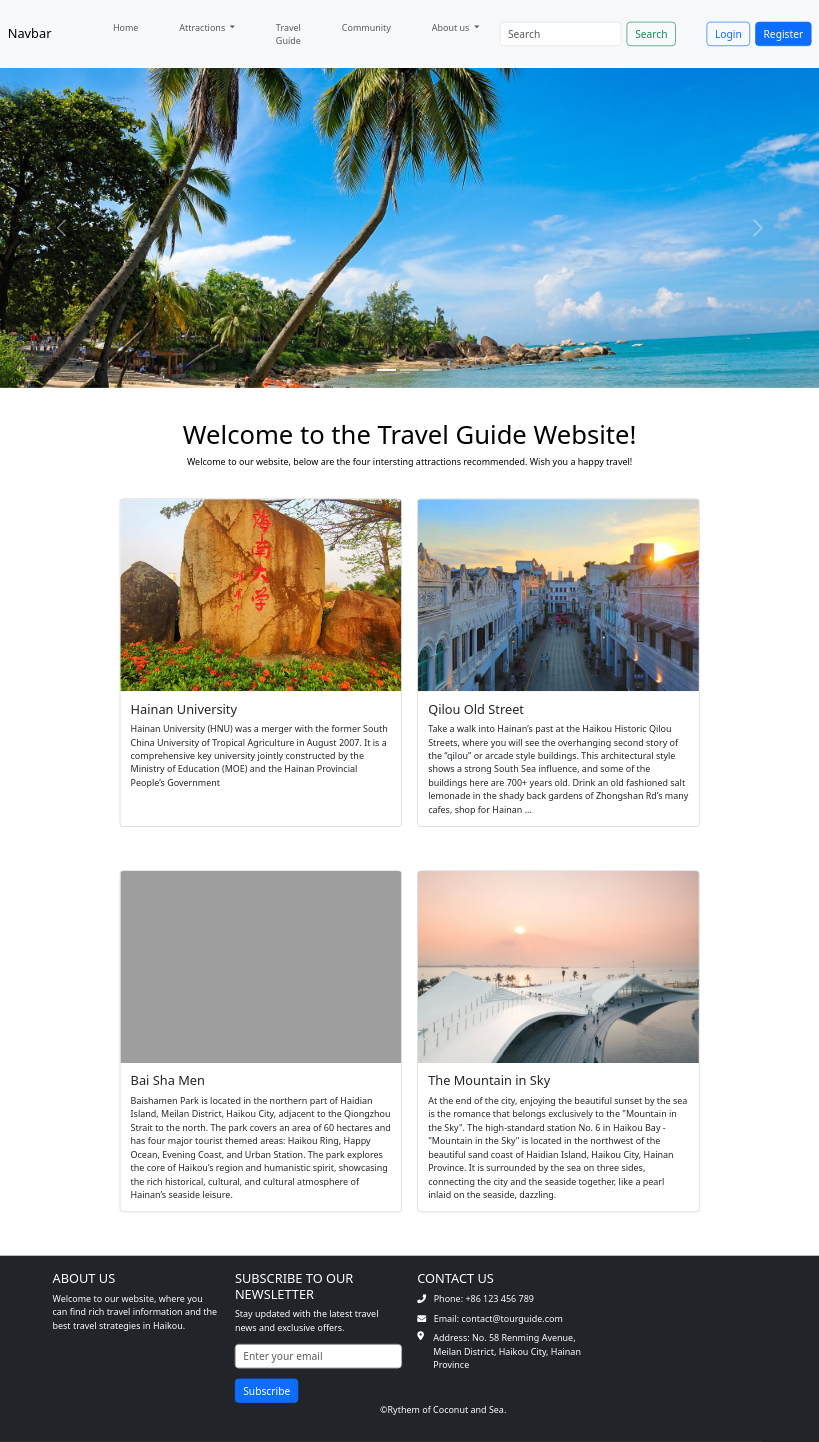
Repository: NIIT-RG6/web-project
Page: /
These files come from the project's save history. The page is drawn as it stood at one moment and after the next save; the edit follows.
The browser window is 1280 px wide. The pictures show the whole page, at 64% of full size.
Pictures or frames that could not be fetched are drawn as grey boxes. The project was rebuilt for these pictures with package versions that can differ from the ones it lists, and the page was loaded fresh each time. Also part of the build but not shown: vue.config.js, src/views/College.vue, src/views/Foods.vue, src/views/Park.vue, src/views/Sky.vue, src/views/Street.vue, src/views/StrategyHome.vue, src/views/StrategyBlog.vue and 6 more. Imported but missing from the stored project, and not drawn on this page: src/assets/js/vuetify.js.

Above is the page before, as saved 2024-10-25 03:59:18.

### src/main.js
import 'bootstrap/dist/css/bootstrap.min.css';
import 'bootstrap/dist/js/bootstrap.bundle.min.js';
import "element-plus/dist/index.css";
import '@fortawesome/fontawesome-free/css/all.css';

import * as ElementPlusIconsVue from "@element-plus/icons-vue";

import { createApp } from 'vue';
import App from './App.vue';
import router from './router';
//import vuetify from '../src/assets/js/vuetify'
import ElementPlus from "element-plus";



//import '../src/assets/js/vuetify'
import '@/assets/css/global.css'


createApp(App)
  .use(ElementPlus)
  .use(router)
  //.use(vuetify)
  .use((app) => {
    for (const [key, component] of Object.entries(ElementPlusIconsVue)) {
      app.component(key, component);
    }
  })
  .mount("#app");


// Vue.use(vuetify)
// Vue.config.productionTip = false
// new Vue({
//   vuetify,
//   router,
//   render: h => h(App)
// }).$mount('#app')

### src/App.vue
<template>
	<div id="app">
		<!-- 只有在当前路径不属于隐藏列表时才显示 NavBar -->
		<NavBar v-if="!shouldHideNavAndFooter" />

		<!-- 路由视图 -->
		<router-view />

		<!-- 只有在当前路径不属于隐藏列表时才显示 AppFooter -->
		<AppFooter v-if="!shouldHideNavAndFooter" />
	</div>
</template>

<script>
//import "./style.css";
import NavBar from './components/NavBar.vue';
import AppFooter from './components/AppFooter.vue';
import { computed } from 'vue';
import { useRoute } from 'vue-router';


export default {
	components: {
		NavBar,
		AppFooter
	},
	setup() {
		// 使用 useRoute 钩子获取当前路由
		const route = useRoute();

		// 定义需要隐藏 NavBar 和 AppFooter 的路径
		const hiddenRoutes = ['/login', '/register', '/forgot', '/about-us/contract', '/about-us/privacy'];

		// 判断当前路由路径是否在隐藏列表中
		const shouldHideNavAndFooter = computed(() => hiddenRoutes.includes(route.path));

		return {
			shouldHideNavAndFooter
		};
	}
};
</script>

<style scoped lang="less"></style>

### src/router/index.js
import { createRouter, createWebHistory } from 'vue-router';

// import vue from 'vue';
// import VueRouter from 'vue-router';

// Vue.use(VueRouter);
//Static import
import HomePage from '../views/HomePage.vue';
import College from '@/views/College.vue';
import Foods from '@/views/Foods.vue';
import Park from '@/views/Park.vue';
import Sky from '@/views/Sky.vue';
import Street from '@/views/Street.vue';
import StrategyHome from '../views/StrategyHome.vue';
import StrategyBlog from '../views/StrategyBlog.vue';
import InteractiveCommunity from '../views/InteractiveCommunity.vue';

// Dynamic import(lazy loading)
const LoginPage = () => import('@/views/LoginPage.vue');
const RegisterPage = () => import('@/views/RegisterPage.vue');
const ForgotPassword = () => import('@/views/ForgotPassword.vue');
const ContractPage = () => import('@/views/ContractPage.vue');
const PrivacyPolicy = () => import('@/views/PrivacyPolicy.vue');
const TeamPage = () => import('@/views/TeamPage.vue');

const routes = [
  //Static routes
  { path: '/', name: 'HomePage', component: HomePage },
  { path: '/attractions/college', name: 'College', component: College },
  { path: '/attractions/foods', name: 'Foods', component: Foods },
  { path: '/attractions/park', name: 'Park', component: Park },
  { path: '/attractions/sky', name: 'Sky', component: Sky },
  { path: '/attractions/street', name: 'Street', component: Street },
  { path: '/guide', name: 'Strategy', component: StrategyHome },
  { path: '/guide/blog', name: 'Strategy/Blog', component: StrategyBlog },
  { path: "/community", name: "community", component: InteractiveCommunity },

  // Dynamic routes(lazy loading)
  { path: '/login', name: 'LoginPage', component: LoginPage },
  { path: '/register', name: 'RegisterPage', component: RegisterPage },
  { path: '/forgot', name: 'ForgotPassword', component: ForgotPassword },
  { path: '/about-us/contract', name: 'ContractPage', component: ContractPage },
  { path: '/about-us/privacy', name: 'PrivacyPolicy', component: PrivacyPolicy },
  { path: '/about-us/team', name: 'TeamPage', component: TeamPage },

  // {
  //   path: '/login',
  //   name: 'login',
  //   component: () => import('@/views/LoginPage.vue')
  // },
  // {
  //   path: '/register',
  //   name: 'register',
  //   component: () => import('@/views/RegisterPage.vue')
  // },
  // {
  //   path: '/forgot',
  //   name: 'forgot',
  //   component: () => import('@/views/ForgotPassword.vue')
  // },
  // {
  //   path: '/Contract',
  //   name: 'Contract',
  //   component: () => import('@/views/ContractPage.vue')
  // },
  // {
  //   path: '/Privacy',
  //   name: 'Privacy',
  //   component: () => import('@/views/PrivacyPolicy.vue')
  // },
  // {
  //   path: '/Team',
  //   name: 'Team',
  //   component: () => import('@/views/TeamPage.vue')
  // }
];

const router = createRouter({
  history: createWebHistory(process.env.BASE_URL),
  routes
});

export default router;

### src/assets/css/global.css
/* * {
    box-sizing: border-box;
} */
 body {
    color: #000;
    font-size: 14px;
    margin: 0;
    padding: 0;
 }

### src/components/NavBar.vue
<template>
  <nav class="navbar navbar-expand-lg bg-body-tertiary py-4">
    <div class="container-fluid">
      <a class="navbar-brand" href="#">Navbar</a>
      <button class="navbar-toggler" type="button" data-bs-toggle="collapse" data-bs-target="#navbarSupportedContent"
        aria-controls="navbarSupportedContent" aria-expanded="false" aria-label="Toggle navigation">
        <span class="navbar-toggler-icon"></span>
      </button>
      <div class="collapse navbar-collapse" id="navbarSupportedContent">
        <ul class="navbar-nav me-auto mb-2 mb-lg-0 mx-5">
          <li class="nav-item mx-4">
            <router-link to="/" class="nav-link">Home</router-link>
          </li>

          <!-- Attractions Dropdown -->
          <li class="nav-item dropdown mx-4">
            <a class="nav-link dropdown-toggle" href="#" role="button" data-bs-toggle="dropdown" aria-expanded="false">
              Attractions
            </a>
            <ul class="dropdown-menu">
              <li><router-link to="/attractions/college" class="dropdown-item">Hainan University</router-link></li>
              <li><router-link to="/attractions/park" class="dropdown-item">Baishamen Park</router-link></li>
              <li><router-link to="/attractions/sky" class="dropdown-item">The Sky Mountain</router-link></li>
              <li><router-link to="/attractions/street" class="dropdown-item">Qilou Street</router-link></li>
              <li><router-link to="/attractions/foods" class="dropdown-item">Haikou Foods</router-link></li>
            </ul>
          </li>

          <li class="nav-item mx-4">
            <router-link to="/guide" class="nav-link">Travel Guide</router-link>
          </li>

          <li class="nav-item mx-4">
            <router-link to="/community" class="nav-link">Community</router-link>
          </li>

          <!-- About Us Dropdown -->
          <li class="nav-item dropdown mx-4">
            <a class="nav-link dropdown-toggle" href="#" role="button" data-bs-toggle="dropdown" aria-expanded="false">
              About us
            </a>
            <ul class="dropdown-menu">
              <li><router-link to="/about-us/team" class="dropdown-item">Team</router-link></li>
              <li><router-link to="/about-us/contract" class="dropdown-item">Contract</router-link></li>
              <li><router-link to="/about-us/privacy" class="dropdown-item">Privacy</router-link></li>
            </ul>
          </li>
        </ul>

        <!-- Search Form -->
        <form class="d-flex mx-auto" role="search">
          <input class="form-control me-2" type="search" placeholder="Search" aria-label="Search">
          <button class="btn btn-outline-success" type="submit">Search</button>
        </form>

        <!-- Login and Register Buttons -->
        <router-link to="/login" class="btn btn-outline-primary ms-5">Login</router-link>
        <router-link to="/register" class="btn btn-primary ms-2">Register</router-link>
      </div>
    </div>
  </nav>
</template>

<script>
export default {
  name: 'NavBar'
}
</script>

### src/components/AppFooter.vue
<template>
    <footer class="footer bg-dark text-white py-4">
        <div class="container">
            <div class="row">
                <!-- ABOUT US -->
                <div class="col-md-3">
                    <!-- <img :src="" alt=""> -->
                    <h5>ABOUT US</h5>
                    <p>Welcome to our website, where you can find rich travel information and the best travel strategies
                        in Haikou.</p>
                </div>

                <!-- NEWSLETTER SIGNUP -->
                <div class="col-md-3 offset-md-auto justify-content-center">
                    <h5>SUBSCRIBE TO OUR NEWSLETTER</h5>
                    <p>Stay updated with the latest travel news and exclusive offers.</p>
                    <form>
                        <div class="mb-3">
                            <input type="email" class="form-control" placeholder="Enter your email" />
                        </div>
                        <button type="submit" class="btn btn-primary">Subscribe</button>
                    </form>
                </div>


                <!-- CONTACT US -->
                <div class="col-md-3 offset-md-auto">
                    <h5>CONTACT US</h5>
                    <ul class="list-unstyled contact-info">
                        <li>
                            <i class="fas fa-phone-alt"></i> Phone: +86 123 456 789
                        </li>
                        <li>
                            <i class="fas fa-envelope"></i> Email: contact@tourguide.com
                        </li>
                        <li class="address-item">
                            <i class="fas fa-map-marker-alt"></i> Address: No. 58 Renming Avenue, Meilan District,
                            Haikou City, Hainan Province
                        </li>
                    </ul>
                </div>
            </div>
            <div class="row offset-md-1">
                <div class="col text-center">
                    <p>&copy;Rythem of Coconut and Sea. </p>
                </div>
            </div>
        </div>
    </footer>
</template>

<script>
export default {
    name: 'AppFooter'
}
</script>

<style scoped>
.footer {
    background-color: #343a40;
    color: #ffffff;
    padding: 20px 0;
}

.contact-info li {
    margin-bottom: 10px;
}

.contact-info i {
    margin-right: 8px;
}

.footer a {
    color: #ffffff;
    transition: color 0.3s;
}

.footer a:hover {
    color: #dddddd;
}

.address-item {
    position: relative;
    padding-left: 25px;
}

.address-item i {
    position: absolute;
    left: 0;
    top: 0;
}

.address-item span {
    display: inline-block;
    margin-left: 25px;
}
</style>

### src/views/HomePage.vue
<template>
    <div class="homepage">
        <!-- carousel slide -->

        <div id="carouselExampleIndicators" class="carousel slide">
            <div class="carousel-indicators">
                <button type="button" data-bs-target="#carouselExampleIndicators" data-bs-slide-to="0" class="active"
                    aria-current="true" aria-label="Slide 1"></button>
                <button type="button" data-bs-target="#carouselExampleIndicators" data-bs-slide-to="1"
                    aria-label="Slide 2"></button>
                <button type="button" data-bs-target="#carouselExampleIndicators" data-bs-slide-to="2"
                    aria-label="Slide 3"></button>
            </div>
            <div class="carousel-inner">
                <div class="carousel-item active">
                    <img :src="firstImage" class="d-block w-100 custom-carousel-img" alt="..." />
                </div>
                <div class="carousel-item">
                    <img :src="secondImage" class="d-block w-100 custom-carousel-img" alt="..." />
                </div>
                <div class="carousel-item">
                    <img :src="thirdImage" class="d-block w-100 custom-carousel-img" alt="..." />
                </div>
            </div>
            <button class="carousel-control-prev" type="button" data-bs-target="#carouselExampleIndicators"
                data-bs-slide="prev">
                <span class="carousel-control-prev-icon" aria-hidden="true"></span>
                <span class="visually-hidden">Previous</span>
            </button>
            <button class="carousel-control-next" type="button" data-bs-target="#carouselExampleIndicators"
                data-bs-slide="next">
                <span class="carousel-control-next-icon" aria-hidden="true"></span>
                <span class="visually-hidden">Next</span>
            </button>
        </div>

        <!-- main content -->
        <div class="container mt-5">
            <h1 class="text-center">Welcome to the Travel Guide Website!</h1>
            <p class="text-center">{{ message }}</p>
        </div>

        <!-- card -->
        <div class="container row mt-5 mx-auto justify-content-center">
            <div class="col-md-5 mb-5 card-group" v-for="(attraction, index) in Attractions" :key="index">
                <div class="card">
                    <img :src="attraction.image" class="card-img-top custom-card-img" :alt="attraction.name">
                    <div class="card-body">
                        <h5 class="card-title">{{ attraction.name }}</h5>
                        <p class="card-text">{{ attraction.description }}</p>
                    </div>
                </div>
            </div>
        </div>
    </div>
</template>

<script>
export default {
    name: "HomePage",
    data() {
        return {
            message: "Welcome to our website, below are the four intersting attractions recommended. Wish you a happy travel!",
            firstImage: require('@/assets/images/Carousel1.jpg'),
            secondImage: require('@/assets/images/QiLou.webp'),
            thirdImage: require('@/assets/images/SkyMountain.png'),
            Attractions: [
                {
                    name: 'Hainan University',
                    description: 'Hainan University (HNU) was a merger with the former South China University of Tropical Agriculture in August 2007. It is a comprehensive key university jointly constructed by the Ministry of Education (MOE) and the Hainan Provincial People’s Government',
                    image: require('@/assets/images/HNU.jpg')
                },
                {
                    name: 'Qilou Old Street',
                    description: 'Take a walk into Hainan’s past at the Haikou Historic Qilou Streets, where you will see the overhanging second story of the “qilou” or arcade style buildings. This architectural style shows a strong South Sea influence, and some of the buildings here are 700+ years old. Drink an old fashioned salt lemonade in the shady back gardens of Zhongshan Rd’s many cafes, shop for Hainan ...',
                    image: require('@/assets/images/QiLou.webp')
                },
                {
                    name: 'Bai Sha Men',
                    description: 'Baishamen Park is located in the northern part of Haidian Island, Meilan District, Haikou City, adjacent to the Qiongzhou Strait to the north. The park covers an area of 60 hectares and has four major tourist themed areas: Haikou Ring, Happy Ocean, Evening Coast, and Urban Station. The park explores the core of Haikou’s region and humanistic spirit, showcasing the rich historical, cultural, and cultural atmosphere of Hainan’s seaside leisure.',
                    image: require('@/assets/images/BaiShaMen.png')
                },
                {
                    name: 'The Mountain in Sky',
                    description: 'At the end of the city, enjoying the beautiful sunset by the sea is the romance that belongs exclusively to the "Mountain in the Sky". The high-standard station No. 6 in Haikou Bay - "Mountain in the Sky" is located in the northwest of the beautiful sand coast of Haidian Island, Haikou City, Hainan Province. It is surrounded by the sea on three sides, connecting the city and the seaside together, like a pearl inlaid on the seaside, dazzling.',
                    image: require('@/assets/images/SkyMountain.png')
                }
            ]
        };
    }
};
</script>

<style scoped>
.custom-carousel-img {
    height: 500px;
    object-fit: cover;
}

.card {
    margin-bottom: 20px;
}

.custom-card-img {
    height: 300px;
    object-fit: cover;
}
</style>

Loaded but not shown: public/index.html (common file)

After the next save:
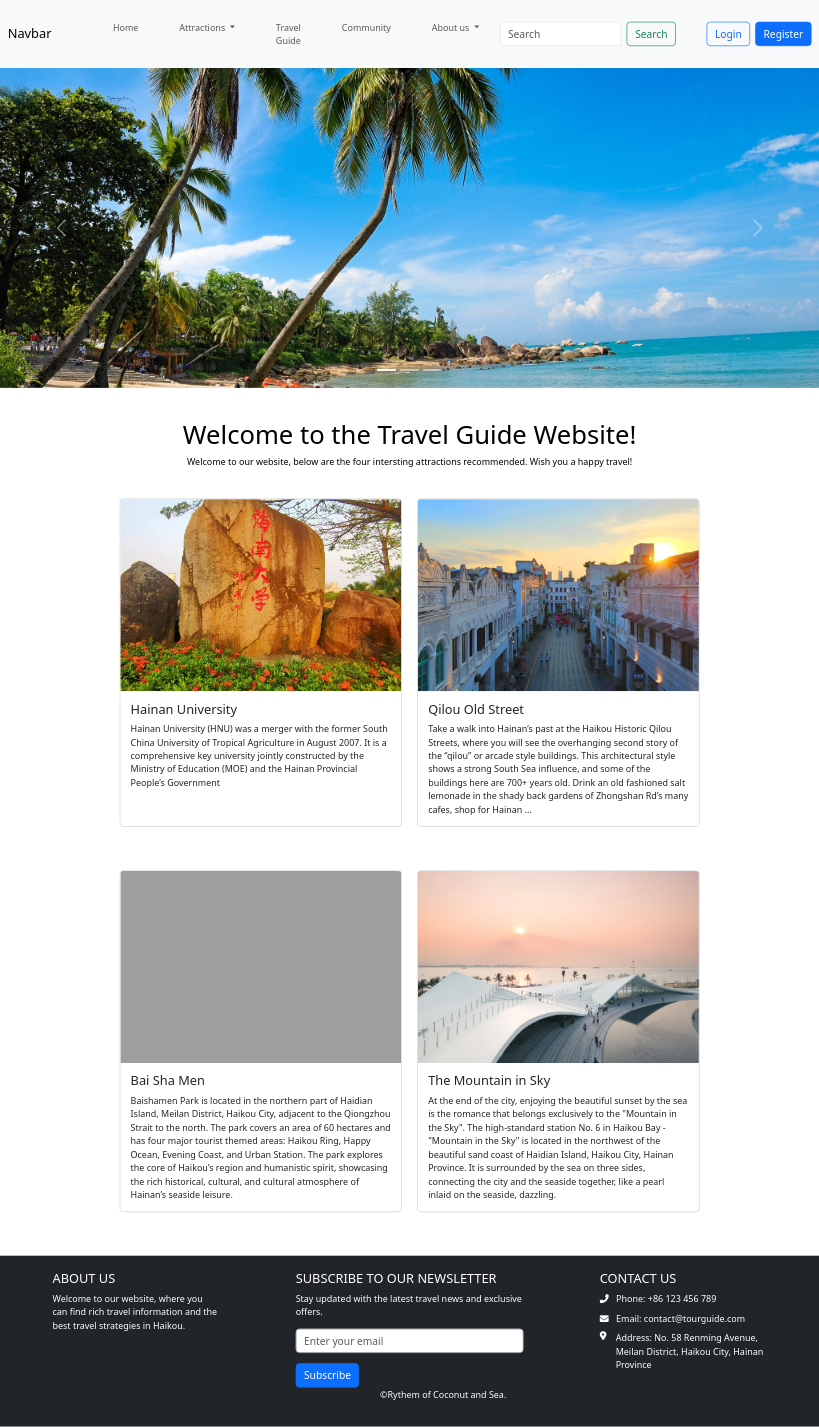
Saved 23 s later.
--- a/src/components/AppFooter.vue
+++ b/src/components/AppFooter.vue
@@ -11,7 +11,7 @@
                 </div>
 
                 <!-- NEWSLETTER SIGNUP -->
-                <div class="col-md-3 offset-md-auto justify-content-center">
+                <div class="col-md-4 offset-md-1">
                     <h5>SUBSCRIBE TO OUR NEWSLETTER</h5>
                     <p>Stay updated with the latest travel news and exclusive offers.</p>
                     <form>
@@ -24,7 +24,7 @@
 
 
                 <!-- CONTACT US -->
-                <div class="col-md-3 offset-md-auto">
+                <div class="col-md-3 offset-md-1">
                     <h5>CONTACT US</h5>
                     <ul class="list-unstyled contact-info">
                         <li>
